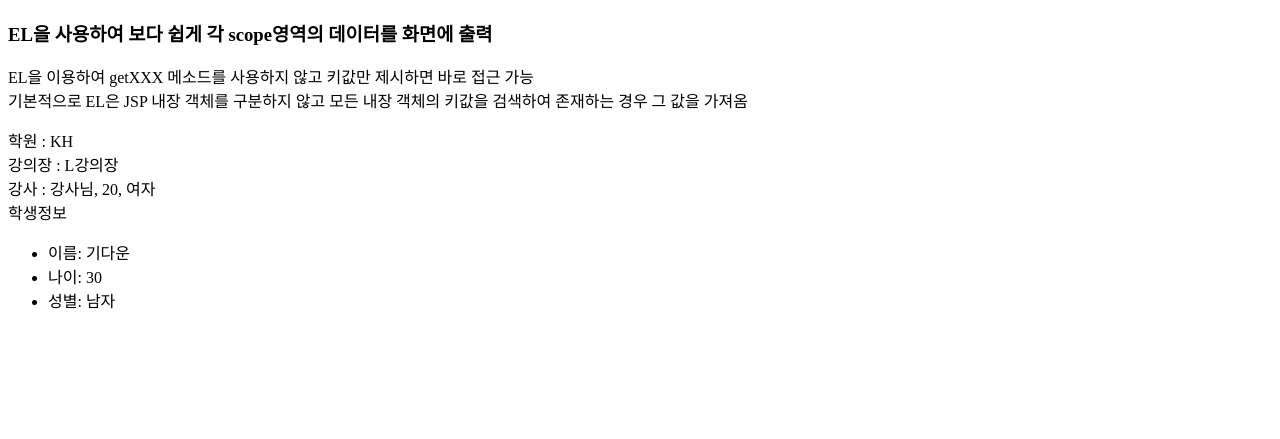
Repository: hailey-516/servlet
Page: http://localhost/3_elAction/el.do
These files come from the project's save history. The page is drawn as it stood at one moment and after the next save; the edit follows.
The browser window is 1280 px wide. The pictures show the whole page.
The page is served by Tomcat 9.

Above is the page before, as saved 2024-08-26 03:12:56.

### 3_elAction/src/main/webapp/views/1_EL/01_el.jsp
<%@ page language="java" contentType="text/html; charset=UTF-8"
    pageEncoding="UTF-8"%>
<%@ page import="com.kh.model.vo.Person" %>
<!DOCTYPE html>
<html>
<head>
<meta charset="UTF-8">
<title>EL 기본구문</title>
</head>
<body>
	<%--
	<h3>기존 방식(스크립트릿, 표현식)으로 각 scope에 저장된 데이터 화면에 출력</h3>
	<%
		// 스크립트릿 : 자바 코드를 사용할 수 있는 영역

		// request scope에서 데이터 가져오기
		String classRoom = (String)request.getAttribute("classRoom");
		Person student = (Person)request.getAttribute("student");

		// session scope에서 데이터 가져오기
		String academy = (String)session.getAttribute("academy");
		Person teacher = (Person)session.getAttribute("teacher");
	%>
	<p>
		학원 : <%= academy %><br>
		강의장 : <%= classRoom %><br>
		강사 : <%= teacher.getName() %>,
				<%= teacher.getAge() %>,
				<%= teacher.getGender() %> <br>

		학생 정보
		<ul>
			<li><%= student.getName() %></li>
			<li><%= student.getAge() %></li>
			<li><%= student.getGender() %></li>
		</ul>
	</p>
	--%>

	<h3>EL을 사용하여 보다 쉽게 각 scope영역의 데이터를 화면에 출력</h3>
	<p>
		EL을 이용하여 getXXX 메소드를 사용하지 않고 키값만 제시하면 바로 접근 가능 <br>
		기본적으로 EL은 JSP 내장 객체를 구분하지 않고 모든 내장 객체의 키값을 검색하여 존재하는 경우
		그 값을 가져옴
	</p>

	<p>
		학원 : ${ academy }<br>
		강의장 : ${ classRoom } <br>
		강사 : ${ teacher.name }, ${ teacher.age }, ${ teacher.gender }<br>
		학생정보
		<ul>
			<li>이름: ${ student.name }</li>
			<li>나이: ${ student.age }</li>
			<li>성별: ${ student.gender }</li>
		</ul>
	</p>

</body>
</html>

### 3_elAction/src/main/java/com/kh/controller/ElServlet.java
package com.kh.controller;

import java.io.IOException;

import javax.servlet.ServletContext;
import javax.servlet.ServletException;
import javax.servlet.annotation.WebServlet;
import javax.servlet.http.HttpServlet;
import javax.servlet.http.HttpServletRequest;
import javax.servlet.http.HttpServletResponse;
import javax.servlet.http.HttpSession;

import com.kh.model.vo.Person;

/**
 * Servlet implementation class ElServlet
 */
@WebServlet("/el.do")
public class ElServlet extends HttpServlet {
	private static final long serialVersionUID = 1L;

    /**
     * @see HttpServlet#HttpServlet()
     */
    public ElServlet() {
        super();
        // TODO Auto-generated constructor stub
    }

	/**
	 * @see HttpServlet#doGet(HttpServletRequest request, HttpServletResponse response)
	 */
	protected void doGet(HttpServletRequest request, HttpServletResponse response) throws ServletException, IOException {
		/**
		 * JSP 내장객체 종류 (데이터를 담을 수 있는 공간)
		 *
		 * 1. ServletContext (application scope)
		 *   : 한 어플리케이션당 단 1개 존재하는 객체
		 *     해당 영역에 데이터를 담을 경우 어플리케이션 전역에서 사용이 가능
		 *     공유 범위가 가장 큼!
		 *
		 * 2. HttpSession (session scope)
		 *    : 한 브라우저당 1개 존재하는 객체
		 *      해당 영역에 데이터를 담을 경우 jsp/servlet 단에서 사용 가능
		 *
		 * 3. HttpServletRequest (request scope)
		 *    : 요청마다 매번 생성되는 객체
		 *      해당 영역에 데이터를 담으면 request객체를 포워딩 받는 응답 jsp에서만 사용 가능
		 *
		 * 4. PageContext (page scope)
		 *    : jsp마다 존재하는 객체
		 *      공유범위가 가장 작음 (해당 페이지에서만 사용)
		 *
		 * ******************
		 * - 위의 4개의 객체들에
		 *   데이터를 담을 때 xxx.setAttribute("키", 데이터);
		 *   데이터를 꺼낼 때 xxx.getAttribute("키");
		 *   데이터를 삭제할 때 xxx.removeAttribute("키");
		 */

		// request scope에 데이터 담기
		request.setAttribute("classRoom", "L강의장");
		request.setAttribute("student", new Person("기다운", 30, "남자"));

		// session scope에 데이터 담기
		HttpSession session = request.getSession();
		session.setAttribute("academy", "KH");
		session.setAttribute("teacher", new Person("강사님", 20, "여자"));

		// request, session scope에 동일한 키값으로 데이터 담기
		request.setAttribute("scope", "request!");
		session.setAttribute("scope", "session!!");

		// application scope에 데이터 담기
		ServletContext application = request.getServletContext();
		application.setAttribute("scope", "Application~");

		// 응답페이지를 지정하여 해당 페이지가 포워딩되도록 설정
		request.getRequestDispatcher("views/1_EL/01_el.jsp").forward(request, response);
	}

	/**
	 * @see HttpServlet#doPost(HttpServletRequest request, HttpServletResponse response)
	 */
	protected void doPost(HttpServletRequest request, HttpServletResponse response) throws ServletException, IOException {
		// TODO Auto-generated method stub
		doGet(request, response);
	}

}

### 3_elAction/src/main/java/com/kh/model/vo/Person.java
package com.kh.model.vo;

public class Person {
	// 필드부 (변수)
	private String name;
	private int age;
	private String gender;

	// 생성자부
	public Person() {

	}

	public Person(String name, int age, String gender) {
		this.name = name;
		this.age = age;
		this.gender = gender;
	}

	// 메소드부
	// getter/setter
	public String getName() {
		return name;
	}

	public void setName(String name) {
		this.name = name;
	}

	public int getAge() {
		return age;
	}

	public void setAge(int age) {
		this.age = age;
	}

	public String getGender() {
		return gender;
	}

	public void setGender(String gender) {
		this.gender = gender;
	}

	// toString() => 필드부에 저장된 값들을 확인하는 용도
	@Override
	public String toString() {
		return "Person [name=" + name + ", age=" + age + ", gender=" + gender + "]";
	}

}

After the next save:
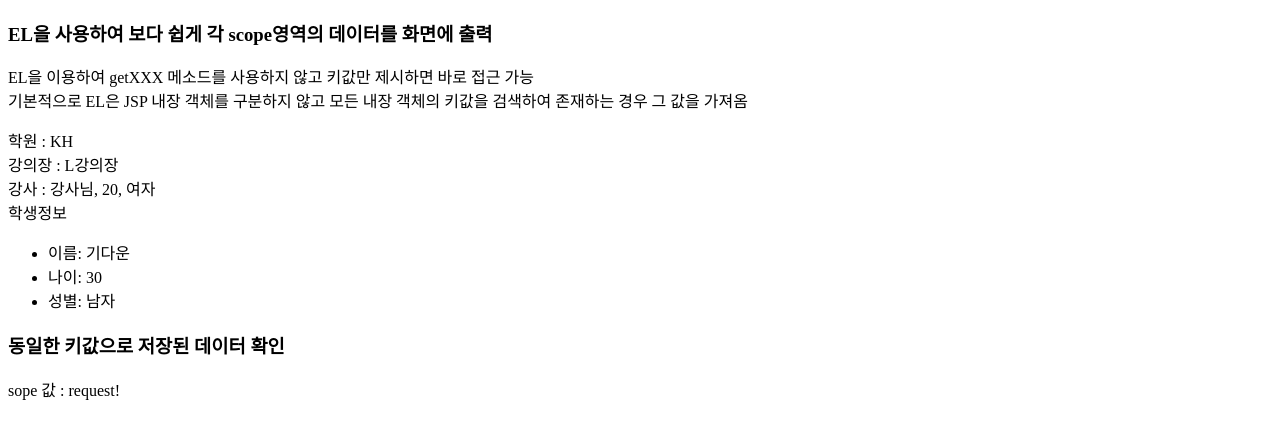
Saved 2 min 58 s later.
--- a/3_elAction/src/main/webapp/views/1_EL/01_el.jsp
+++ b/3_elAction/src/main/webapp/views/1_EL/01_el.jsp
@@ -56,5 +56,8 @@
 		</ul>
 	</p>
 
+	<h3>동일한 키값으로 저장된 데이터 확인</h3>
+	sope 값 : ${ scope }
+
 </body>
 </html>
